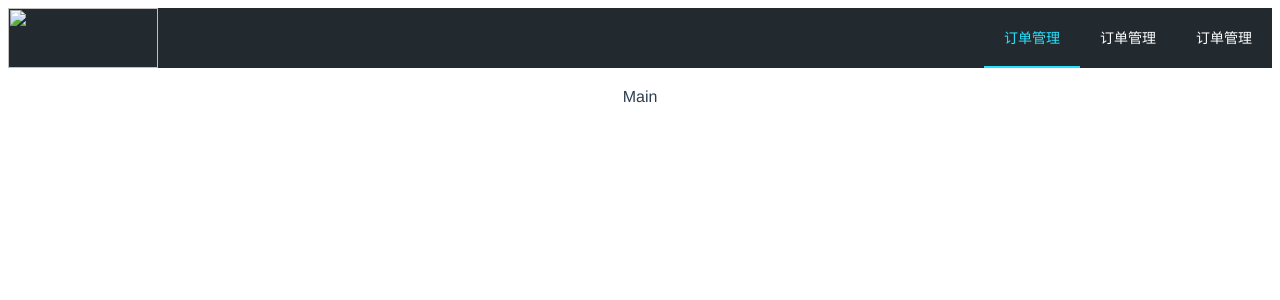
Repository: TheWomanLiketheWind/woodpecker
Page: /
An editor plug-in stored every save of this project. The page is shown before and after a run of saves, followed by the edit.
The browser window is 1280 px wide. The pictures show the whole page.
The project was rebuilt for these pictures with package versions that can differ from the ones it lists, and the page was loaded fresh each time. Imported but missing from the stored project, and not drawn on this page: src/views/About.vue.

Above is the page before, as saved 2019-07-25 15:13:25.

After the next 2 saves:
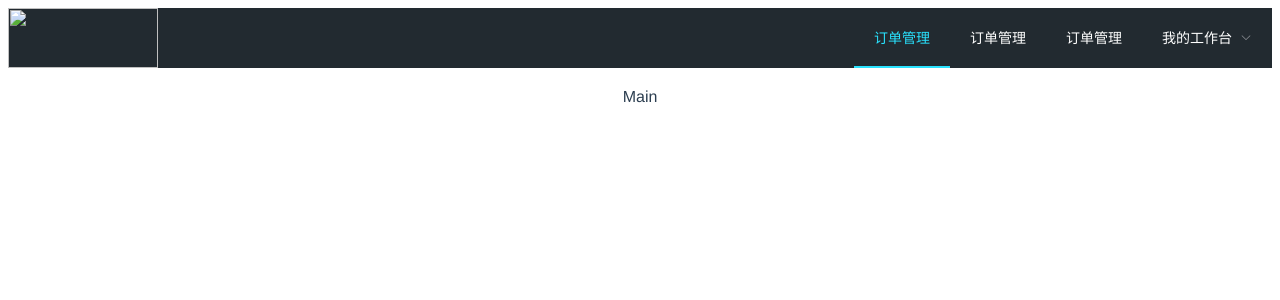
The 2 saves are shown as one change because they came seconds apart.
The last was saved 20 s later.
--- a/src/views/Home.vue
+++ b/src/views/Home.vue
@@ -13,14 +13,14 @@
         <el-menu-item v-for="(item, index) in menuList"
                       :key="index"
                       :index="item.index">{{item.name}}</el-menu-item>
+        <el-submenu index="2">
+          <template slot="title">我的工作台</template>
+          <el-menu-item index="2-1">选项1</el-menu-item>
+          <el-menu-item index="2-2">选项2</el-menu-item>
+          <el-menu-item index="2-3">选项3</el-menu-item>
+        </el-submenu>
       </el-menu>
 
-      <el-submenu index="2">
-        <template slot="title">我的工作台</template>
-        <el-menu-item index="2-1">选项1</el-menu-item>
-        <el-menu-item index="2-2">选项2</el-menu-item>
-        <el-menu-item index="2-3">选项3</el-menu-item>
-      </el-submenu>
     </el-header>
     <el-main>Main</el-main>
   </el-container>
